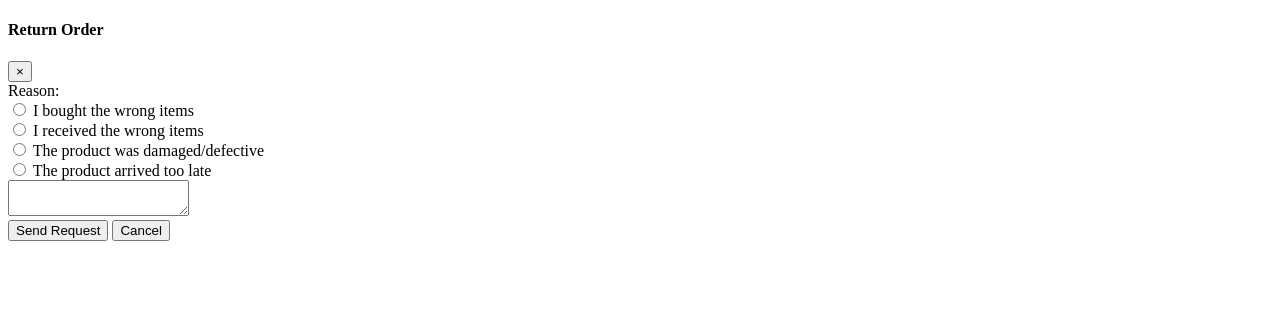
Repository: quockhuongtrann/Ecommerce-Website-With-Spring-Framework
Page: http://localhost/orders/return_order_modal
These files come from the project's save history. The page is drawn as it stood at one moment and after the next save; the edit follows.
The browser window is 1280 px wide. The pictures show the whole page.
The page is this project's Thymeleaf template; nobody is signed in. The template is opened directly, without the code that normally fills it, so the values that code supplies are empty.

Above is the page before, as saved 2023-01-17 09:25:22.

After the next save:
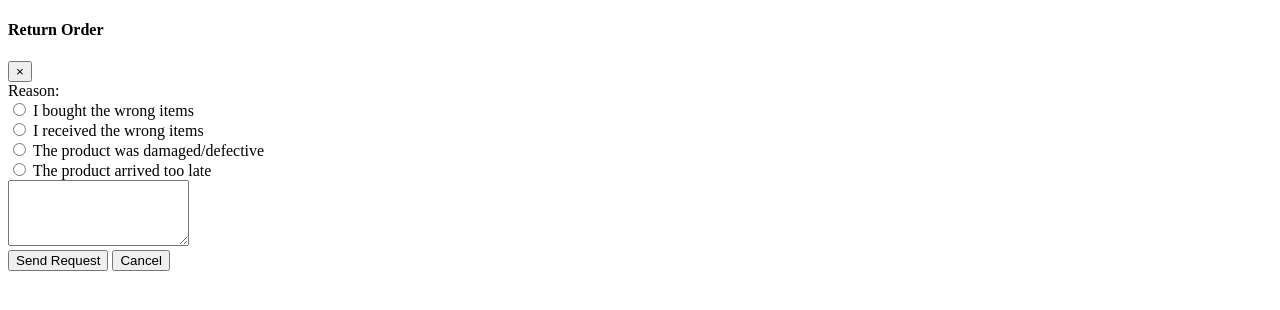
Saved 20 s later.
--- a/ShopTqkProject/ShopTqkWebParent/ShopTqkFrontend/src/main/resources/templates/orders/return_order_modal.html
+++ b/ShopTqkProject/ShopTqkWebParent/ShopTqkFrontend/src/main/resources/templates/orders/return_order_modal.html
@@ -28,7 +28,7 @@
 						The product arrived too late
 					</div>
 					<div>
-						<textarea class="form-control" id="returnNote"></textarea>
+						<textarea class="form-control" id="returnNote" rows="4" maxlength="120"></textarea>
 					</div>
 				</div>
 
